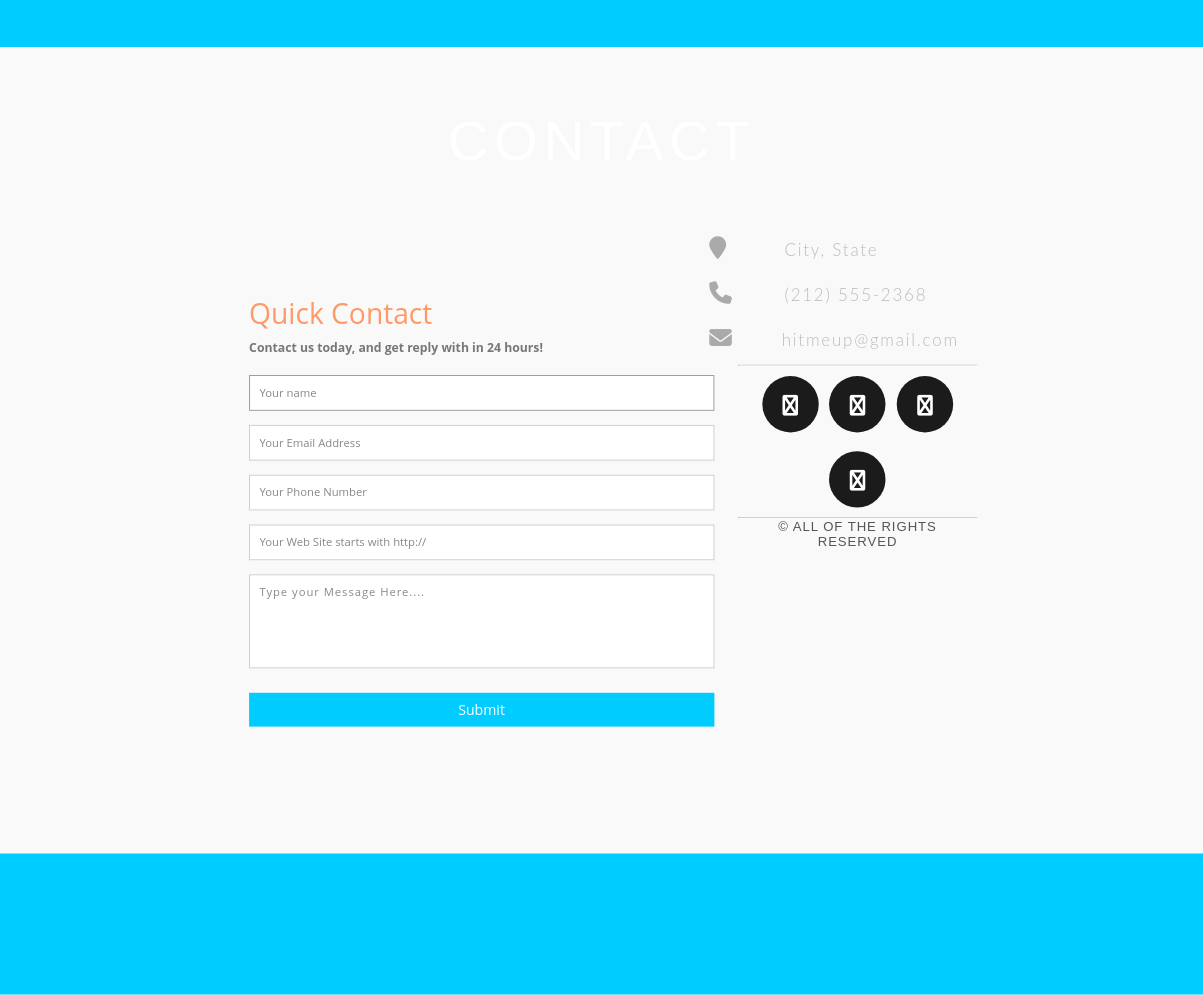
Repository: 365dayschallenge/interface_uniliver
Page: contact.html
These files come from the project's save history. The page is drawn as it stood at one moment and after the next save; the edit follows.
The browser window is 1280 px wide. The pictures show the whole page, at 94% of full size.

Above is the page before, as saved 2022-12-18 18:19:29.

### contact.html
<!DOCTYPE html>
<html lang="en">
<head>
    <meta charset="UTF-8">
    <meta http-equiv="X-UA-Compatible" content="IE=edge">
    <meta name="viewport" content="width=device-width, initial-scale=1.0">
    <title>Contact</title>
    <link rel="stylesheet" href="./css/contact.css">
   <link
      rel="stylesheet"
      href="https://cdnjs.cloudflare.com/ajax/libs/font-awesome/6.2.1/css/all.min.css"
      integrity="sha512-MV7K8+y+gLIBoVD59lQIYicR65iaqukzvf/nwasF0nqhPay5w/9lJmVM2hMDcnK1OnMGCdVK+iQrJ7lzPJQd1w=="
      crossorigin="anonymous"
      referrerpolicy="no-referrer"
    /></head>
<body>
  <section id="contact">

  <h1 class="section-header">Contact</h1>

  <div class="contact-wrapper">

  <!-- Left contact page -->
  <form id="contact" action="" method="post">
    <h3>Quick Contact</h3>
    <h4>Contact us today, and get reply with in 24 hours!</h4>
    <fieldset>
      <input placeholder="Your name" type="text" tabindex="1" required autofocus>
    </fieldset>
    <fieldset>
      <input placeholder="Your Email Address" type="email" tabindex="2" required>
    </fieldset>
    <fieldset>
      <input placeholder="Your Phone Number" type="tel" tabindex="3" required>
    </fieldset>
    <fieldset>
      <input placeholder="Your Web Site starts with http://" type="url" tabindex="4" required>
    </fieldset>
    <fieldset>
      <textarea placeholder="Type your Message Here...." tabindex="5" required></textarea>
    </fieldset>
    <fieldset>
      <button name="submit" type="submit" id="contact-submit" data-submit="...Sending">Submit</button>
    </fieldset>
  </form>

  <!-- Left contact page -->

      <div class="direct-contact-container">

        <ul class="contact-list">
          <li class="list-item"><i class="fa fa-map-marker fa-2x"><span class="contact-text place">City, State</span></i></li>

          <li class="list-item"><i class="fa fa-phone fa-2x"><span class="contact-text phone"><a href="tel:1-212-555-5555" title="Give me a call">(212) 555-2368</a></span></i></li>

          <li class="list-item"><i class="fa fa-envelope fa-2x"><span class="contact-text gmail"><a href="mailto:#" title="Send me an email">hitmeup@gmail.com</a></span></i></li>

        </ul>

        <hr>
        <ul class="social-media-list">
          <li><a href="#" target="_blank" class="contact-icon">
            <i class="fa fa-github" aria-hidden="true"></i></a>
          </li>
          <li><a href="#" target="_blank" class="contact-icon">
            <i class="fa fa-codepen" aria-hidden="true"></i></a>
          </li>
          <li><a href="#" target="_blank" class="contact-icon">
            <i class="fa fa-twitter" aria-hidden="true"></i></a>
          </li>
          <li><a href="#" target="_blank" class="contact-icon">
            <i class="fa fa-instagram" aria-hidden="true"></i></a>
          </li>
        </ul>
        <hr>

        <div class="copyright">&copy; ALL OF THE RIGHTS RESERVED</div>

      </div>

  </div>

</section>


</body>
</html>

### css/contact.css
body {
  margin: 0;
  padding: 0;
  padding-bottom: 100px;
}

#contact {
  width: 100%;
  height: 100%;
}

.section-header {
  text-align: center;
  margin: 0 auto;
  padding: 40px 0;
  font: 300 60px 'Oswald', sans-serif;
  color: #fff;
  text-transform: uppercase;
  letter-spacing: 6px;
}

.contact-wrapper {
  display: flex;
  flex-direction: row;
  justify-content: space-between;
  margin: 0 auto;
  padding: 20px;
  position: relative;
  max-width: 840px;
}

/* Left contact page */
.form-horizontal {
  /*float: left;*/
  max-width: 400px;
  font-family: 'Lato';
  font-weight: 400;
}

.form-control,
textarea {
  max-width: 400px;
  background-color: #000;
  color: #fff;
  letter-spacing: 1px;
}

.send-button {
  margin-top: 15px;
  height: 34px;
  width: 400px;
  overflow: hidden;
  transition: all .2s ease-in-out;
}

.alt-send-button {
  width: 400px;
  height: 34px;
  transition: all .2s ease-in-out;
}

.send-text {
  display: block;
  margin-top: 10px;
  font: 700 12px 'Lato', sans-serif;
  letter-spacing: 2px;
}

.alt-send-button:hover {
  transform: translate3d(0px, -29px, 0px);
}

/* Begin Right Contact Page */
.direct-contact-container {
  max-width: 400px;
}

/* Location, Phone, Email Section */
.contact-list {
  list-style-type: none;
  margin-left: -30px;
  padding-right: 20px;
}

.list-item {
  line-height: 4;
  color: #aaa;
}

.contact-text {
  font: 300 18px 'Lato', sans-serif;
  letter-spacing: 1.9px;
  color: #bbb;
}

.place {
  margin-left: 62px;
}

.phone {
  margin-left: 56px;
}

.gmail {
  margin-left: 53px;
}

.contact-text a {
  color: #bbb;
  text-decoration: none;
  transition-duration: 0.2s;
}

.contact-text a:hover {
  color: #fff;
  text-decoration: none;
}


/* Social Media Icons */
.social-media-list {
  position: relative;
  font-size: 22px;
  text-align: center;
  width: 100%;
  margin: 0 auto;
  padding: 0;
}

.social-media-list li a {
  color: #fff;
}

.social-media-list li {
  position: relative;
  display: inline-block;
  height: 60px;
  width: 60px;
  margin: 10px 3px;
  line-height: 60px;
  border-radius: 50%;
  color: #fff;
  background-color: rgb(27,27,27);
  cursor: pointer;
  transition: all .2s ease-in-out;
}

.social-media-list li:after {
  content: '';
  position: absolute;
  top: 0;
  left: 0;
  width: 60px;
  height: 60px;
  line-height: 60px;
  border-radius: 50%;
  opacity: 0;
  box-shadow: 0 0 0 1px #fff;
  transition: all .2s ease-in-out;
}

.social-media-list li:hover {
  background-color: #fff;
}

.social-media-list li:hover:after {
  opacity: 1;
  transform: scale(1.12);
  transition-timing-function: cubic-bezier(0.37,0.74,0.15,1.65);
}

.social-media-list li:hover a {
  color: #000;
}

.copyright {
  font: 200 14px 'Oswald', sans-serif;
  color: #555;
  letter-spacing: 1px;
  text-align: center;
}

hr {
  border-color: rgba(255,255,255,.6);
}

/* Begin Media Queries*/
@media screen and (max-width: 850px) {
  .contact-wrapper {
    display: flex;
    flex-direction: column;
  }
  .direct-contact-container, .form-horizontal {
    margin: 0 auto;
  }

  .direct-contact-container {
    margin-top: 60px;
    max-width: 300px;
  }
  .social-media-list li {
    height: 60px;
    width: 60px;
    line-height: 60px;
  }
  .social-media-list li:after {
    width: 60px;
    height: 60px;
    line-height: 60px;
  }
}

@media screen and (max-width: 569px) {

  .direct-contact-container, .form-wrapper {
    float: none;
    margin: 0 auto;
  }
  .form-control, textarea {

    margin: 0 auto;
  }


  .name, .email, textarea {
    width: 280px;
  }

  .direct-contact-container {
    margin-top: 60px;
    max-width: 280px;
  }
  .social-media-list {
    left: 0;
  }
  .social-media-list li {
    height: 55px;
    width: 55px;
    line-height: 55px;
    font-size: 2rem;
  }
  .social-media-list li:after {
    width: 55px;
    height: 55px;
    line-height: 55px;
  }

}

@media screen and (max-width: 410px) {
  .send-button {
    width: 99%;
  }
}
@import url(https://fonts.googleapis.com/css?family=Open+Sans:400italic,400,300,600);

* {
	margin:0;
	padding:0;
	box-sizing:border-box;
	-webkit-box-sizing:border-box;
	-moz-box-sizing:border-box;
	-webkit-font-smoothing:antialiased;
	-moz-font-smoothing:antialiased;
	-o-font-smoothing:antialiased;
	font-smoothing:antialiased;
	text-rendering:optimizeLegibility;
}

body {
	font-family:"Open Sans", Helvetica, Arial, sans-serif;
	font-weight:300;
	font-size: 12px;
	line-height:30px;
	color:#777;
	background:#0CF;
}

.container {
	max-width:400px;
	width:100%;
	margin:0 auto;
	position:relative;
}

#contact input[type="text"], #contact input[type="email"], #contact input[type="tel"], #contact input[type="url"], #contact textarea, #contact button[type="submit"] { font:400 12px/16px "Open Sans", Helvetica, Arial, sans-serif; }

#contact {
	background:#F9F9F9;
	padding:25px;
	margin:50px 0;
}

#contact h3 {
	color: #F96;
	display: block;
	font-size: 30px;
	font-weight: 400;
}

#contact h4 {
	margin:5px 0 15px;
	display:block;
	font-size:13px;
}

fieldset {
	border: medium none !important;
	margin: 0 0 10px;
	min-width: 100%;
	padding: 0;
	width: 100%;
}

#contact input[type="text"], #contact input[type="email"], #contact input[type="tel"], #contact input[type="url"], #contact textarea {
	width:100%;
	border:1px solid #CCC;
	background:#FFF;
	margin:0 0 5px;
	padding:10px;
}

#contact input[type="text"]:hover, #contact input[type="email"]:hover, #contact input[type="tel"]:hover, #contact input[type="url"]:hover, #contact textarea:hover {
	-webkit-transition:border-color 0.3s ease-in-out;
	-moz-transition:border-color 0.3s ease-in-out;
	transition:border-color 0.3s ease-in-out;
	border:1px solid #AAA;
}

#contact textarea {
	height:100px;
	max-width:100%;
  resize:none;
}

#contact button[type="submit"] {
	cursor:pointer;
	width:100%;
	border:none;
	background:#0CF;
	color:#FFF;
	margin:0 0 5px;
	padding:10px;
	font-size:15px;
}

#contact button[type="submit"]:hover {
	background:#09C;
	-webkit-transition:background 0.3s ease-in-out;
	-moz-transition:background 0.3s ease-in-out;
	transition:background-color 0.3s ease-in-out;
}

#contact button[type="submit"]:active { box-shadow:inset 0 1px 3px rgba(0, 0, 0, 0.5); }

#contact input:focus, #contact textarea:focus {
	outline:0;
	border:1px solid #999;
}
::-webkit-input-placeholder {
 color:#888;
}
:-moz-placeholder {
 color:#888;
}
::-moz-placeholder {
 color:#888;
}
:-ms-input-placeholder {
 color:#888;
}

After the next save:
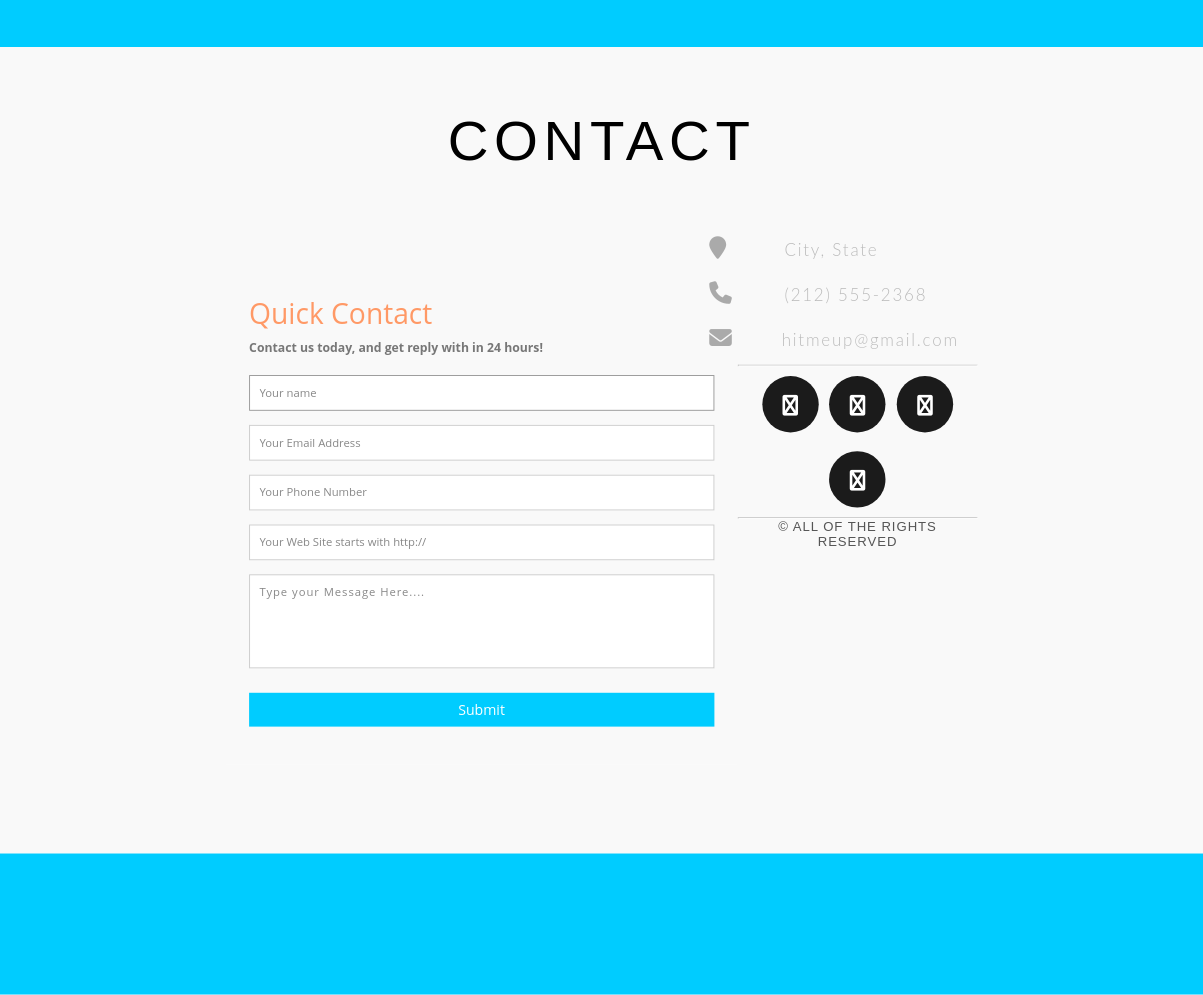
Saved 24 s later.
--- a/css/contact.css
+++ b/css/contact.css
@@ -14,7 +14,7 @@ body {
   margin: 0 auto;
   padding: 40px 0;
   font: 300 60px 'Oswald', sans-serif;
-  color: #fff;
+  color: black;
   text-transform: uppercase;
   letter-spacing: 6px;
 }
